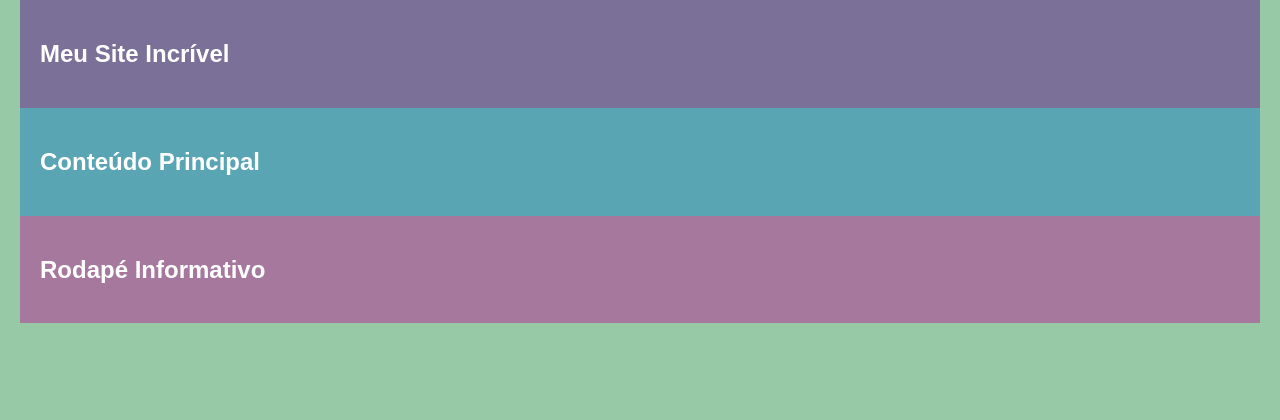
Repository: douglasabnovato/model-lp
Page: index.html
An editor plug-in stored every save of this project. The page is shown before and after the next save, followed by the edit.
The browser window is 1280 px wide. The pictures show the whole page.

Above is the page before, as saved 2025-02-24 16:47:37.

### index.html
<!DOCTYPE html>
<html lang="pt-br">
  <head>
    <meta charset="UTF-8" />
    <meta name="viewport" content="width=device-width, initial-scale=1.0" />
    <title>Filmes Épicos</title>
    <link rel="stylesheet" type="text/css" href="./style.css" />
  </head>
  <body>
    <header>
        <h2>Meu Site Incrível</h2>
    </header>
    <main>
        <h2>Conteúdo Principal</h2>
    </main>
    <footer>
        <h2>Rodapé Informativo</h2>
    </footer>
  </body>
</html>

### style.css
/* Estilos base para mobile */
body {
  font-family: Arial, sans-serif;
  margin: 0;
  background-color: #65691c77;
}

h2 {
    color: white;
}

header,
main,
footer {
  padding: 20px;
}

header{
    background-color: #5b0a8777;
}

main {
    background-color: #157bc077;
}

.container {
    display: flex;
    flex-wrap: wrap;
    gap: 20px;
  }

  .item {
    background-color: #ccc;
    flex: 1 1 200px;
    padding: 20px;
    box-sizing: border-box;
  }


footer {
    background-color: #b81b9377;
}


/* Media Query para telas maiores */
@media (min-width: 768px) {
  body {
    background-color: #238d4377;
  }

  header,
  main,
  footer {
    max-width: 1200px;
    margin: 0 auto;
  }
}

After the next save:
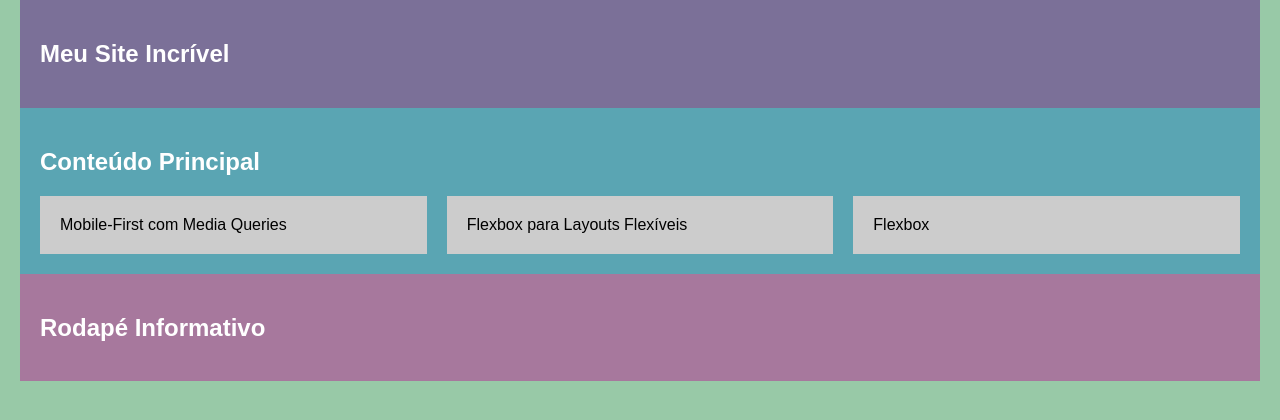
Saved 75 s later.
--- a/index.html
+++ b/index.html
@@ -12,6 +12,12 @@
     </header>
     <main>
         <h2>Conteúdo Principal</h2>
+        <div class="container">
+            <div class="item">Mobile-First com Media Queries</div>
+            <div class="item">Flexbox para Layouts Flexíveis</div>
+            <div class="item">Flexbox</div>
+        </div>
+
     </main>
     <footer>
         <h2>Rodapé Informativo</h2>
